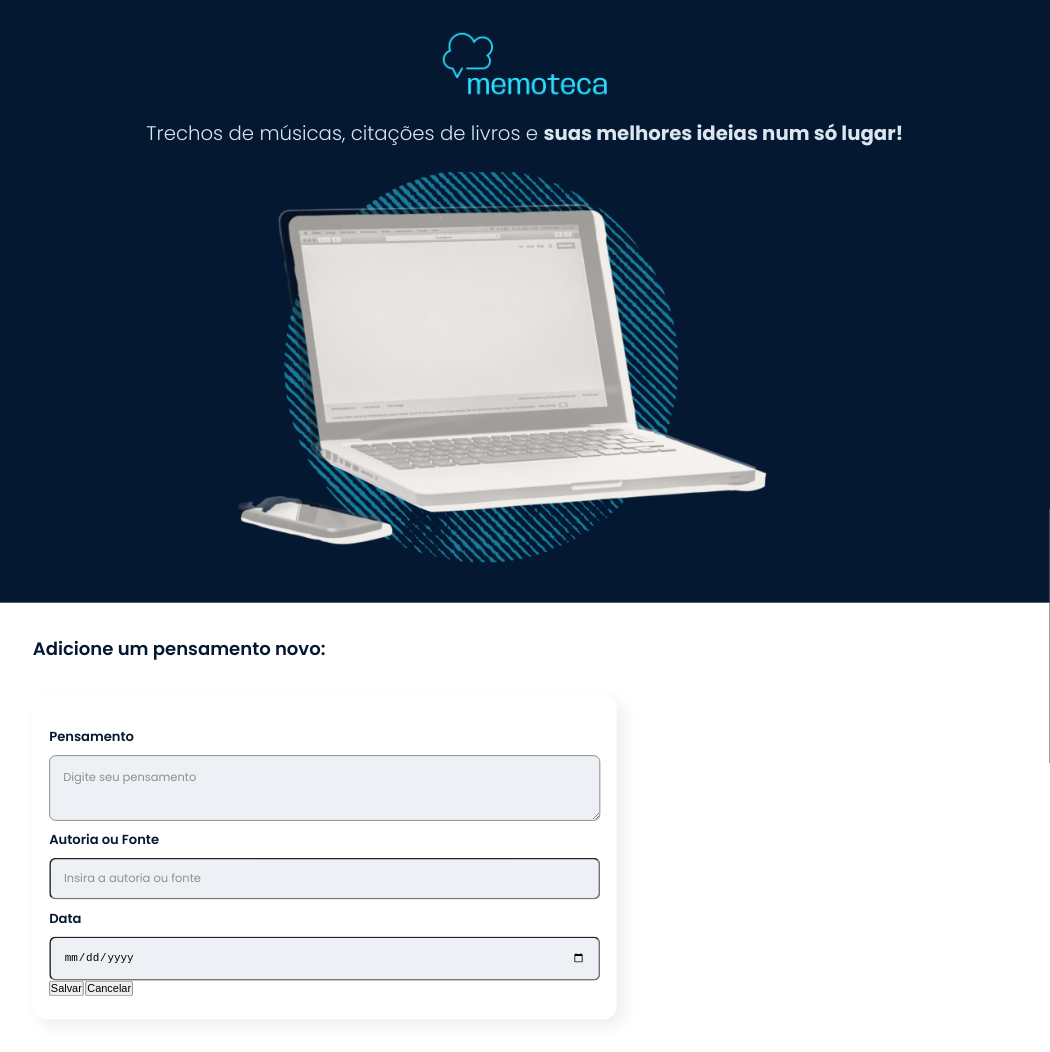
Repository: joaoPraiaJunior/crud_js
Page: index.html
These files come from the project's save history. The page is drawn as it stood at one moment and after the next save; the edit follows.
The browser window is 1280 px wide. The pictures show the whole page, at 82% of full size.

Above is the page before, as saved 2024-09-26 22:52:25.

After the next save:
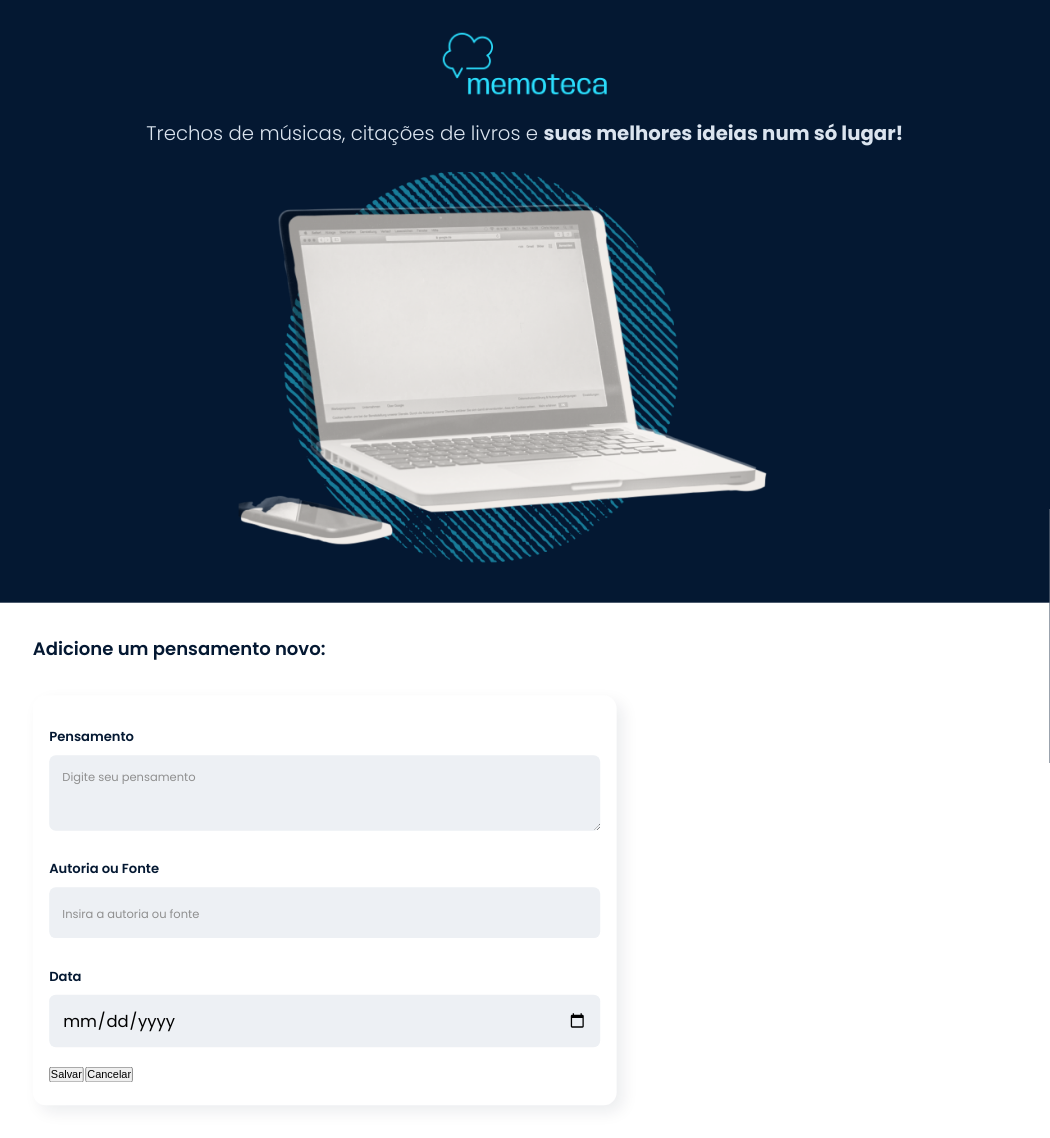
Saved 29 s later.
--- a/css/styles.css
+++ b/css/styles.css
@@ -125,6 +125,15 @@ main {
 	font-weight: 400;
 }
 
+#pensamento-form textarea,
+#pensamento-form input {
+	margin-bottom: 2.4rem;
+	outline: none;
+	border-style: none;
+	font-size: 2rem;
+	font-family: var(--font-primaria);
+}
+
 /* main {
 	padding-top: 12rem;
 	flex: 1;
